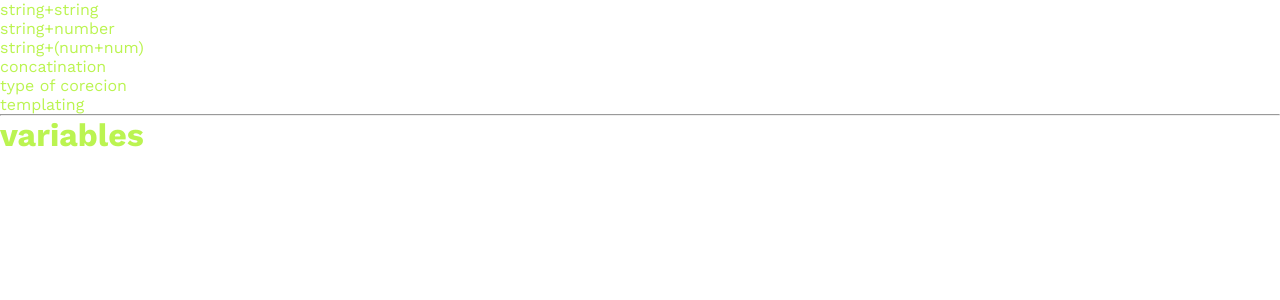
Repository: neelpatel6262/task-manager
Page: index.html
The author's editor kept a copy of each file at every save. The page is drawn from the files as they stood at one save, then again after the next save.
The browser window is 1280 px wide. The pictures show the whole page.
Some web fonts or font styles are not loaded; a fallback is used.

Above is the page before, as saved 2025-07-17 12:28:09.

After the next save:
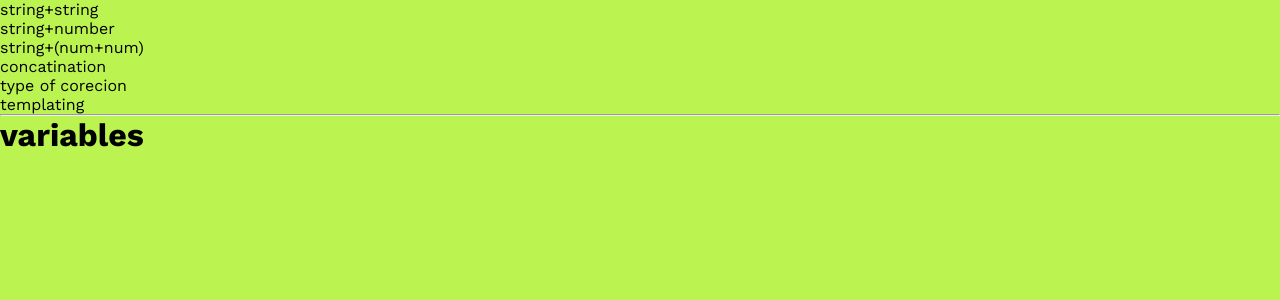
Saved 13 s later.
--- a/style.css
+++ b/style.css
@@ -3,5 +3,5 @@
   padding: 0;
   box-sizing: border-box;
  font-family: "Work Sans", sans-serif;
- color:oklch(0.897 0.196 126.665);
+ background-color:oklch(0.897 0.196 126.665);
 }
